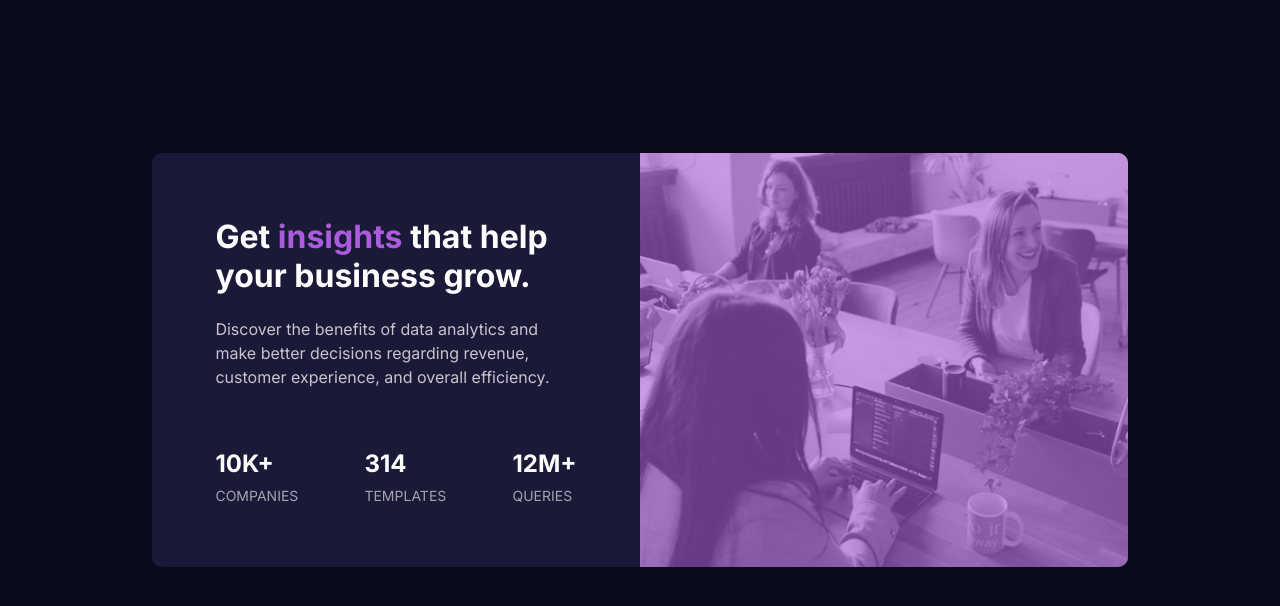
Repository: keisewarsame/stats-preview-frontendmentor
Page: index.html
The author's editor kept a copy of each file at every save. The page is drawn from the files as they stood at one save, then again after a run of saves.
The browser window is 1280 px wide. The pictures show the whole page.

Above is the page before, as saved 2022-07-12 13:20:03.

### index.html
<!DOCTYPE html>
<html lang="en">
<head>
  <meta charset="UTF-8">
  <meta name="viewport" content="width=device-width, initial-scale=1.0"> <!-- displays site properly based on user's device -->
  <link rel="icon" type="image/png" sizes="32x32" href="./images/favicon-32x32.png">
  <link rel="stylesheet" href="styles.css">
  <title>Frontend Mentor | Stats preview card component</title>
</head>
<body>
    <div class="container">
        <div class="wrapper">
            <div class="text-component">
                <h1 class="title">Get <span>insights</span> that help your business grow.</h1>
                <p class="subtitle">Discover the benefits of data analytics and make better decisions regarding revenue, customer experience, and overall efficiency.</p>
                <div class="stats-component">
                    <div>
                        <p class="num">10K+</p>
                        <p class="stats-sub">Companies</p>
                    </div>
                    <div>
                        <p class="num">314</p>
                        <p class="stats-sub">Templates</p>
                    </div>
                    <div>
                        <p class="num">12M+</p>
                        <p class="stats-sub">Queries</p>
                    </div>
                </div>
            </div>
            <div class="image-component">
                <img src="/images/image-header-desktop.jpg" alt="">
            </div>
        </div>
    </div>
</body>
</html>

### styles.css
@import url('https://fonts.googleapis.com/css2?family=Inter:wght@400;700&family=Lexend+Deca&display=swap');

* {
    margin: 0;
    padding: 0;
}

body {
    font-family: 'Inter', sans-serif;
    display: flex;
    align-items: center;
    min-height: 100vh;
    background-color: hsl(233, 47%, 7%);
}

.container {
    margin: 0 auto;
    max-width: 1040px;
}

.wrapper {
    background-color: hsl(244, 38%, 16%);
    display: grid;
    grid-template-columns: 1fr 1fr;
    border-radius: 10px;
    overflow: hidden;
    margin: 2rem;
}

.text-component {
    padding: 13%;
    font-family: 'Inter', sans-serif;
}

.title {
    color: hsl(0, 0%, 100%);
    padding-bottom: 22px;
    font-weight: 700;
}

.title span {
    color: hsl(277, 64%, 61%)
}

.subtitle {
    color: hsla(0, 0%, 100%, 0.75);
    line-height: 1.5;
}

.stats-component {
    display: flex;
    justify-content: space-between;
    padding-top: 60px;
}

.num {
    color: hsl(0, 0%, 100%);
    font-weight: 700;
    font-size: 24px;
    margin-bottom: 9px
}

.stats-sub {
    text-transform: uppercase;
    color: hsla(0, 0%, 100%, 0.6);
    font-size: 14px;
    line-spa
}



.image-component {
    position: relative;
}

img {
    height: 100%;
    width: 100%;
}

.image-component::after {
    position: absolute;
    content: '';
    height: 100%;
    width: 100%;
    top: 0;
    right: 0;
    background-color: hsla(277, 64%, 61%, 0.6);;
}

After the next 14 saves:
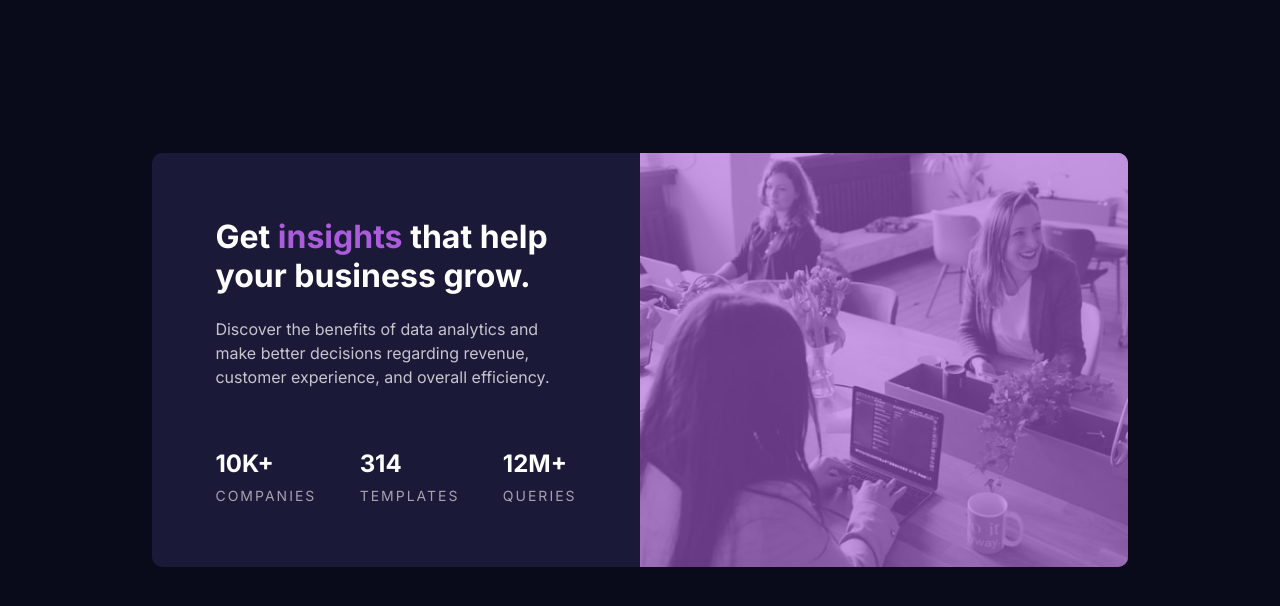
The 14 saves are shown as one change because they came seconds apart.
The last was saved 35 s later.
--- a/styles.css
+++ b/styles.css
@@ -64,7 +64,7 @@ body {
     text-transform: uppercase;
     color: hsla(0, 0%, 100%, 0.6);
     font-size: 14px;
-    line-spa
+    letter-spacing: 2px;
 }
 
 
